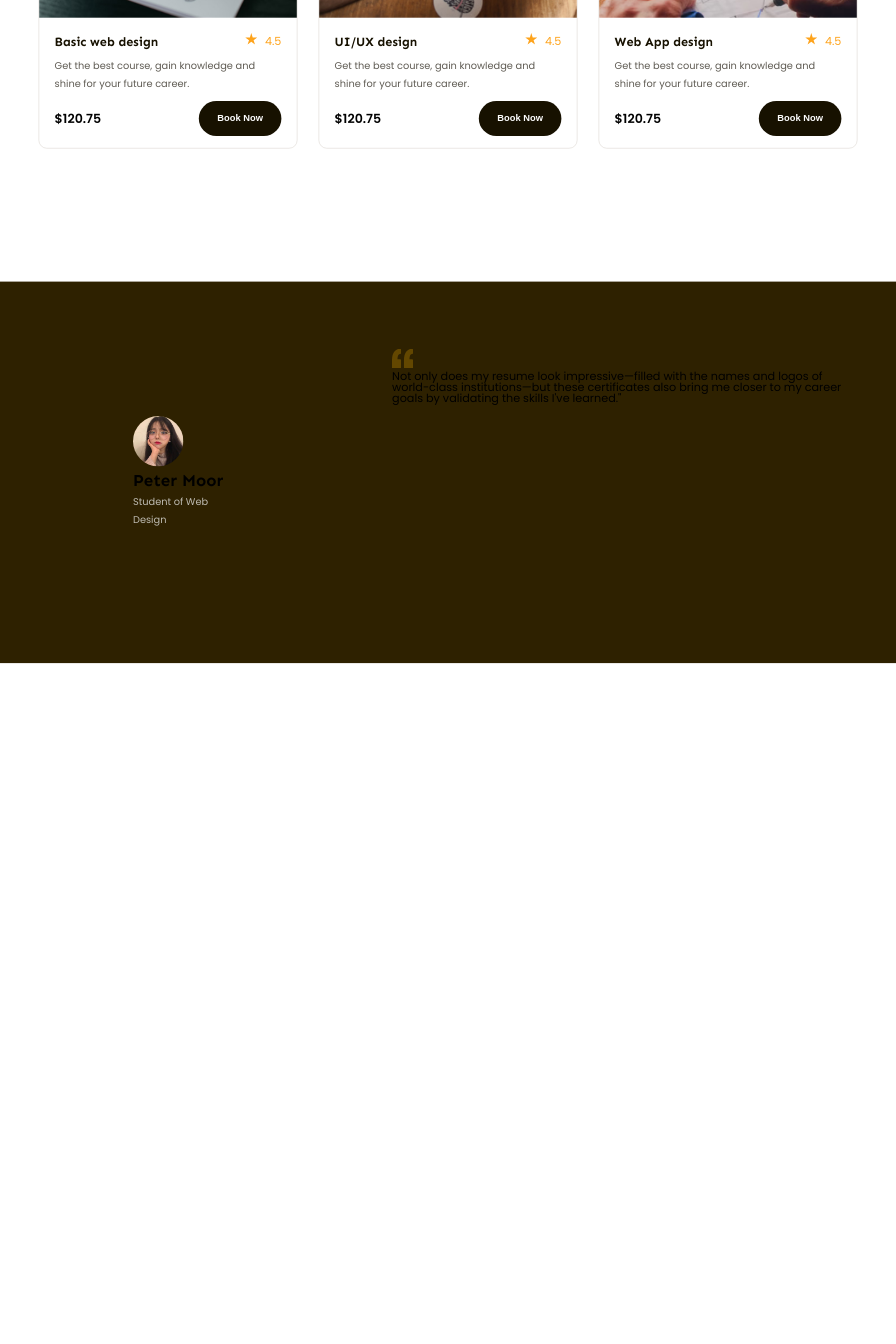
Repository: Toihoclaptrinh/duan1_figma
Page: index.html
These files come from the project's save history. The page is drawn as it stood at one moment and after the next save; the edit follows.
The browser window is 1280 px wide. The pictures show the part of the page from y = 1536 to 3456 px (the page is 10000 px tall), at 70% of full size.

Above is the page before, as saved 2024-02-09 23:39:10.

After the next save:
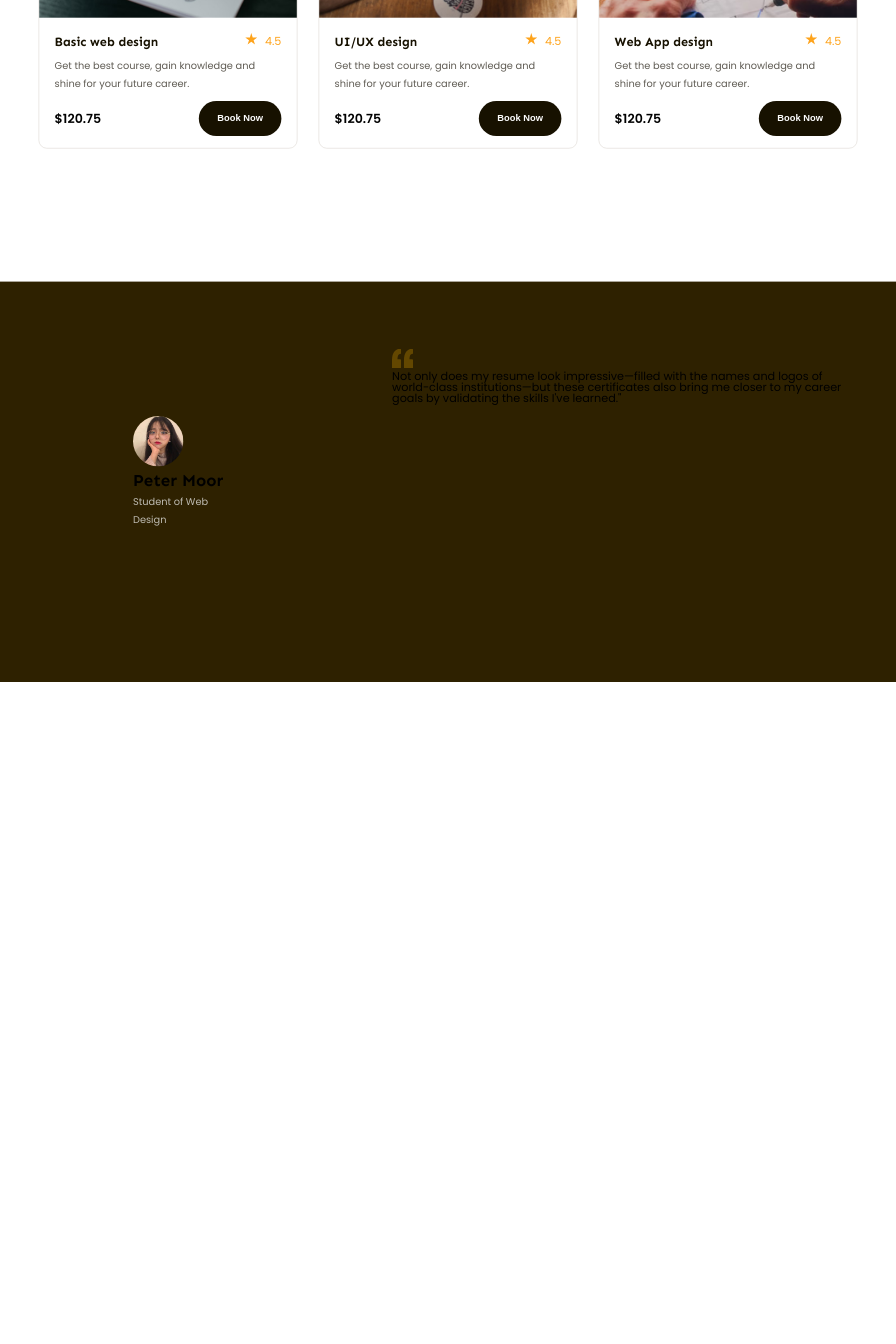
Saved 13 s later.
--- a/assets/css/style.css
+++ b/assets/css/style.css
@@ -422,11 +422,7 @@
 .feedback .info {
   width: 159px;
   margin: 96px 241px 96px 135px;
-  width: 159px
-height: 188px
-top: 2041px
-left: 135px
-
+  height: 188px;
 }
 
 .feedback .info .avatar {

After the save that followed:
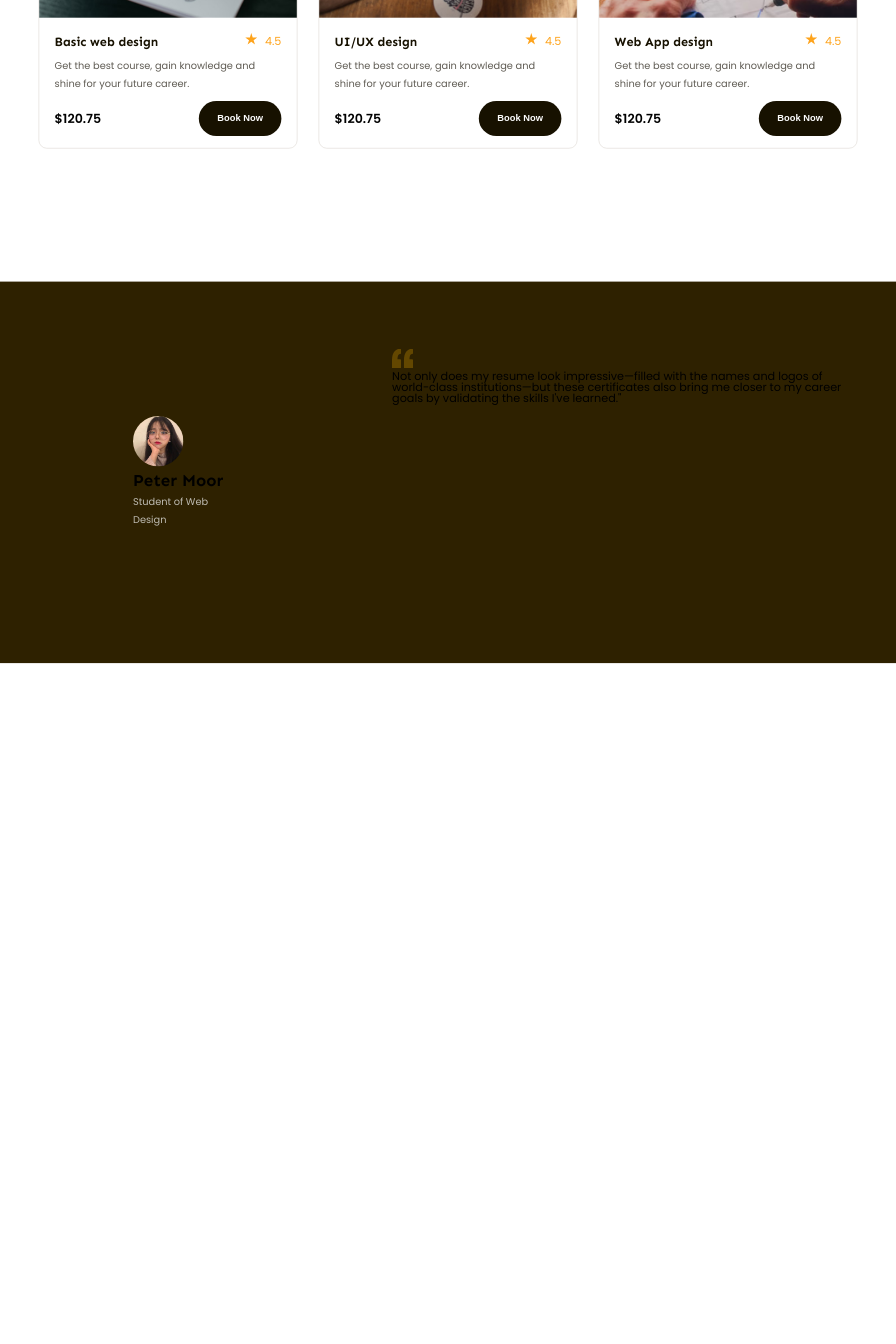
Saved 10 s later.
--- a/assets/css/style.css
+++ b/assets/css/style.css
@@ -422,7 +422,6 @@
 .feedback .info {
   width: 159px;
   margin: 96px 241px 96px 135px;
-  height: 188px;
 }
 
 .feedback .info .avatar {
